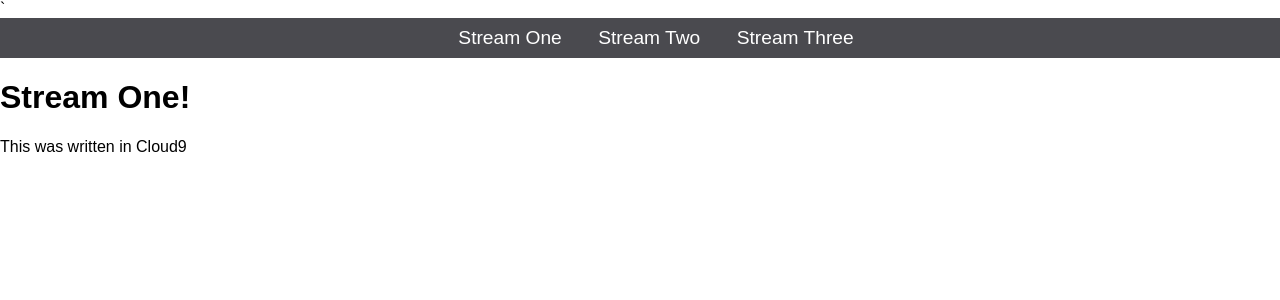
Repository: Kawaiisaki/first-website
Page: stream-one.html
The author's editor kept a record of every edit. The page is drawn from the files as they stood at one moment, then again after the next edit.
The browser window is 1280 px wide. The pictures show the whole page.

Above is the page before.

After the next edit:
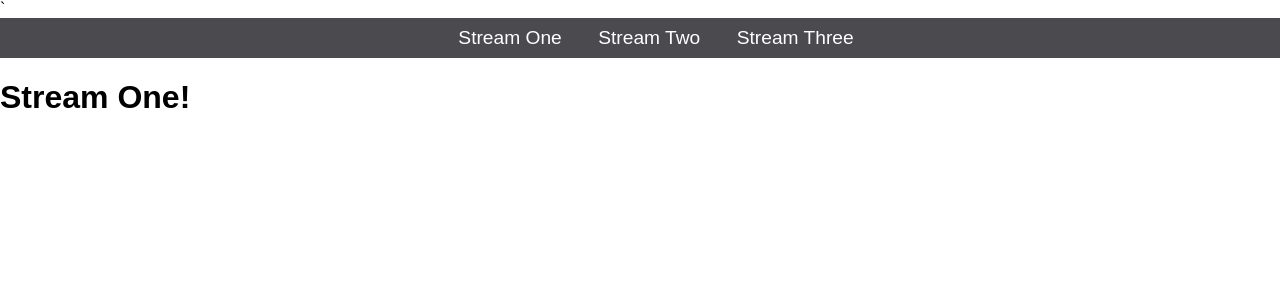
The edit:
--- a/stream-one.html
+++ b/stream-one.html
@@ -13,6 +13,10 @@
             </ul>
         </nav>
         <h1>Stream One!</h1>
-        <p>This was written in Cloud9</p>
+        <div class="card">
+            <a href="">
+                <img />
+                <h2></h2>
+        </div>
     </body>
 </html>
